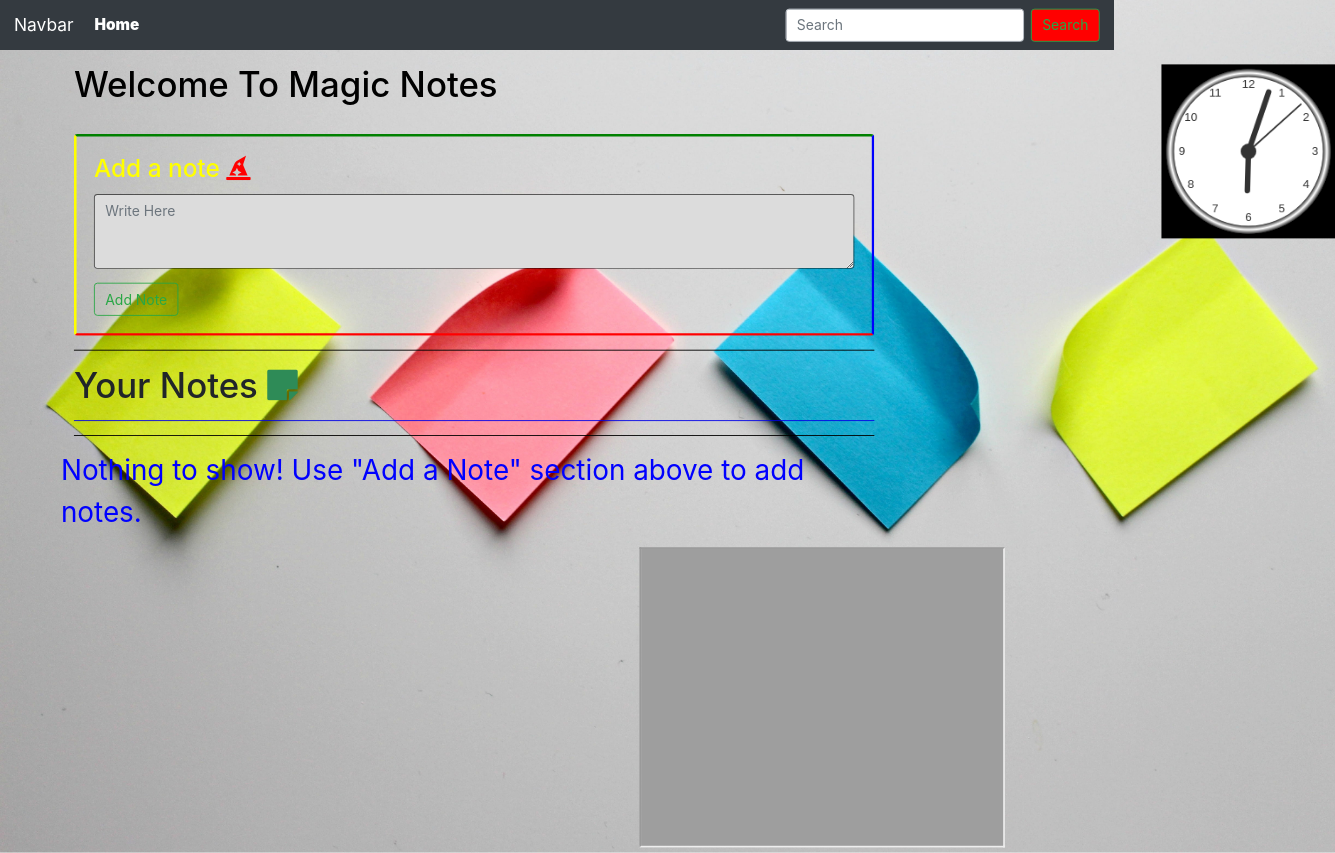
Repository: Prrajainn/Project-MagiCNotes
Page: magicNotes.html
The author's editor kept a copy of each file at every save. The page is drawn from the files as they stood at one save, then again after the next save.
The browser window is 1280 px wide. The page is 1535 px wide, so the pictures cover 1535 px, including what lies to the right of the window. The pictures show the whole page, at 87% of full size.
Pictures or frames that could not be fetched are drawn as grey boxes.

Above is the page before, as saved 2020-05-26 12:29:15.

### magicNotes.html
<!doctype html>
<html lang="en">

<head>

  <!-- Required meta tags -->
  <meta charset="utf-8">
  <meta name="viewport" content="width=device-width, initial-scale=1, shrink-to-fit=no">

  <!-- Bootstrap CSS -->
  <link rel="stylesheet" href="bootstrap/css/bootstrap.min.css">
  <link rel="stylesheet" href="fontawesome-free-5.13.0-web/css/all.css">
  <link rel="stylesheet" href="CSS/style.css">

  <title> MagiCNotes </title>
  <style>
    canvas {}

    body {
      background-image: url("notes.jpg");

      background-repeat: no-repeat;
      background-size: cover;

    }
  </style>
</head>

<body>

  <nav class="sticky-top navbar navbar-expand-lg navbar-dark bg-dark">
    <a class="navbar-brand" href="magicNotes.html">Navbar</a>
    <button class="navbar-toggler" type="button" data-toggle="collapse" data-target="#navbarSupportedContent"
      aria-controls="navbarSupportedContent" aria-expanded="false" aria-label="Toggle navigation">
      <span class="navbar-toggler-icon"></span>
    </button>

    <div class="collapse navbar-collapse" id="navbarSupportedContent">
      <ul class="navbar-nav mr-auto">
        <li class="nav-item active">
          <a class="nav-link" href="login.html">Home <span class="sr-only">(current)</span></a>
        </li>

      </ul>
      <form class="form-inline my-2 my-lg-0">
        <input class="form-control mr-sm-2" id="searchTxt" type="search" placeholder="Search" aria-label="Search">
        <button style="background-color: red;" class="btn btn-outline-success my-2 my-sm-0"
          type="submit">Search</button>
      </form>
    </div>
  </nav>
  <div class="container my-3">
    <div class="row">
      <div class="col-10">
        <h1 style="color: black">Welcome To Magic Notes</h1>
        <br>
        <div style="border: solid ; background-color: transparent ; border-color:green blue red yellow " class="card">
          <div class="card-body">
            <h3 style="color:yellow;" class="card-title">Add a note <i style="color: red ;"
                class="fas fa-hat-wizard"></i></h3>
            <div class="form-group">
              <!---- <textarea style=" border-color: black; " class="form-control" id="addTitle" rows="1"></textarea>-->
              <textarea placeholder="Write Here"
                style=" border-color: rgba(0, 0, 0, 0.589); background-color: gainsboro; " class="form-control"
                id="addTxt" rows="3"></textarea>
            </div>
            <button class="btn btn-outline-success" id="addBtn">Add Note </button>
          </div>
        </div>
        <hr color="black">
        <h1>Your Notes <i style="color: seagreen;" class="fas fa-sticky-note"></i></h1>
        <hr color="blue">
        <hr color="black">
        <div id="notes" class="row container-fluid"></div>
      </div>
      <div class="col-2">
        <canvas id="canvas" width="200" height="200" style="background-color: black; margin-left: 300px;"
    >
      </div>
    </div>
  </div>

    <div class="container" style="position: relative;">
      <div class="row">
        <div class="col-7">
        </div>
        <div>
          <iframe width="420" height="345" src="https://www.youtube.com/embed/tgbNymZ7vqY">
          </iframe>
        </div>
      </div>
    </div>



    <!-- Optional JavaScript -->
    <!-- jQuery first, then Popper.js, then Bootstrap JS -->
    <script src="bootstrap/js/jquery-3.4.1.slim.min.js"></script>
    <script src="bootstrap/js/popper.min.js"></script>
    <script src="bootstrap/js/bootstrap.min.js"></script>
    <script src="app.js"></script>
    <script src="clock.js"></script>
</body>

</html>

### CSS/style.css
#topheader{
    background-color : blue;
    border-bottom: px solid black;
}
#nocolo{
    color: black;
}
.container-fluid{
    padding-left: 0%;
    padding-right: 0%;
}
nav ul li a{

    font-size: 1.1rem;
    font-weight: 1000 ;
}
/*START OF FOOTER*/
.full-footer{
    background-color:#1e3799;
    width: 100%;
}
.top-footer p{
    color: white;
}
.top-footer a{
 font-weight: 600;
    color: whitesmoke;
}
.top-footer h3{
    color: white;
}
.bottom-footer{
    background-color:teal;
}
.bottom-footer p{
    color: white;
}
/* End of footer*/
.myimage{
    width: 50%;
}
.top-hero{
    background-color: salmon;
}
.sea{
  animation-fill-mode: both;
}

### app.js

console.log("Welcome to notes app. This is app.js");
// Pehle hi show notes islie kiya taaki hamesha pehle dikhaye refresh hone ke baad bhi page
showNotes();

// If user adds a note, add it to the localStorage
let addBtn = document.getElementById("addBtn");
addBtn.addEventListener("click", function(e) {

  let addTxt = document.getElementById("addTxt");
  let notes = localStorage.getItem("notes");
  if (notes == null) {
    notesObj = [];
  } else {
    notesObj = JSON.parse(notes);
  }
  notesObj.push(addTxt.value);
  localStorage.setItem("notes", JSON.stringify(notesObj));
  addTxt.value = "";
//   console.log(notesObj);
  showNotes();
});

// Function to show elements from localStorage
function showNotes() {
  let notes = localStorage.getItem("notes");
  if (notes == null) {
    notesObj = [];
  } else {
    notesObj = JSON.parse(notes);
  }
  let html = "";
  notesObj.forEach(function(element, index) { // element maane andar ka content
    html += `
            <div class="noteCard my-2 mx-2 card" style="width: 18rem;">
                    <div class="card-body">
                        <h5 class="card-title">Note ${index + 1}</h5>
                        <p class="card-text"> ${element}</p>
                        <button id="${index}"onclick="deleteNote(this.id)" class="btn btn-primary">Delete Note</button>
                    </div>
                </div>`;
  });
  let notesElm = document.getElementById("notes");
  if (notesObj.length != 0) {
    notesElm.innerHTML = html;
  } else {//notesElm.setAttribute('style','color: blue' );
  notesElm.setAttribute('style','font-size: 200% ; color: blue' );
    notesElm.innerHTML = `  Nothing to show! Use "Add a Note" section above to add notes.`;
  }
}

// Function to delete a note
function deleteNote(index) {
//   console.log("I am deleting", index);

  let notes = localStorage.getItem("notes");
  if (notes == null) {
    notesObj = [];
  } else {
    notesObj = JSON.parse(notes);
  }

  notesObj.splice(index, 1);
  localStorage.setItem("notes", JSON.stringify(notesObj)); // update kar rhe hein
  showNotes();// firse show kar rhe hein
}


let search = document.getElementById('searchTxt');
search.addEventListener("input", function(){

    let inputVal = search.value.toLowerCase();
    // console.log('Input event fired!', inputVal);
    let noteCards = document.getElementsByClassName('noteCard');
    Array.from(noteCards).forEach(function(element){
        let cardTxt = element.getElementsByTagName("p")[0].innerText;
        if(cardTxt.includes(inputVal)){
            element.style.display = "block";
        }
        else{
            element.style.display = "none";
        }
        // console.log(cardTxt);
    })
})

/*
Further Features:
1. Add Title
2. Mark a note as Important
3. Separate notes by user
4. Sync and host to web server
*/

### clock.js
var canvas = document.getElementById("canvas");
var ctx = canvas.getContext("2d");
var radius = canvas.height / 2;
ctx.translate(radius, radius);
radius = radius * 0.90
setInterval(drawClock, 1000);

function drawClock() {
  drawFace(ctx, radius);
  drawNumbers(ctx, radius);
  drawTime(ctx, radius);
}

function drawFace(ctx, radius) {
  var grad;
  ctx.beginPath();
  ctx.arc(0, 0, radius, 0, 2*Math.PI);
  ctx.fillStyle = 'white';
  ctx.fill();
  grad = ctx.createRadialGradient(0,0,radius*0.95, 0,0,radius*1.05);
  grad.addColorStop(0, '#333');
  grad.addColorStop(0.5, 'white');
  grad.addColorStop(1, '#333');
  ctx.strokeStyle = grad;
  ctx.lineWidth = radius*0.1;
  ctx.stroke();
  ctx.beginPath();
  ctx.arc(0, 0, radius*0.1, 0, 2*Math.PI);
  ctx.fillStyle = '#333';
  ctx.fill();
}

function drawNumbers(ctx, radius) {
  var ang;
  var num;
  ctx.font = radius*0.15 + "px arial";
  ctx.textBaseline="middle";
  ctx.textAlign="center";
  for(num = 1; num < 13; num++){
    ang = num * Math.PI / 6;
    ctx.rotate(ang);
    ctx.translate(0, -radius*0.85);
    ctx.rotate(-ang);
    ctx.fillText(num.toString(), 0, 0);
    ctx.rotate(ang);
    ctx.translate(0, radius*0.85);
    ctx.rotate(-ang);
  }
}

function drawTime(ctx, radius){
    var now = new Date();
    var hour = now.getHours();
    var minute = now.getMinutes();
    var second = now.getSeconds();
    //hour
    hour=hour%12;
    hour=(hour*Math.PI/6)+
    (minute*Math.PI/(6*60))+
    (second*Math.PI/(360*60));
    drawHand(ctx, hour, radius*0.5, radius*0.07);
    //minute
    minute=(minute*Math.PI/30)+(second*Math.PI/(30*60));
    drawHand(ctx, minute, radius*0.8, radius*0.07);
    // second
    second=(second*Math.PI/30);
    drawHand(ctx, second, radius*0.9, radius*0.02);
}

function drawHand(ctx, pos, length, width) {
    ctx.beginPath();
    ctx.lineWidth = width;
    ctx.lineCap = "round";
    ctx.moveTo(0,0);
    ctx.rotate(pos);
    ctx.lineTo(0, -length);
    ctx.stroke();
    ctx.rotate(-pos);
}

Loaded but not shown: bootstrap/css/bootstrap.min.css (library); fontawesome-free-5.13.0-web/css/all.css (library); bootstrap/js/jquery-3.4.1.slim.min.js (library); bootstrap/js/popper.min.js (library); bootstrap/js/bootstrap.min.js (library)

After the next save:
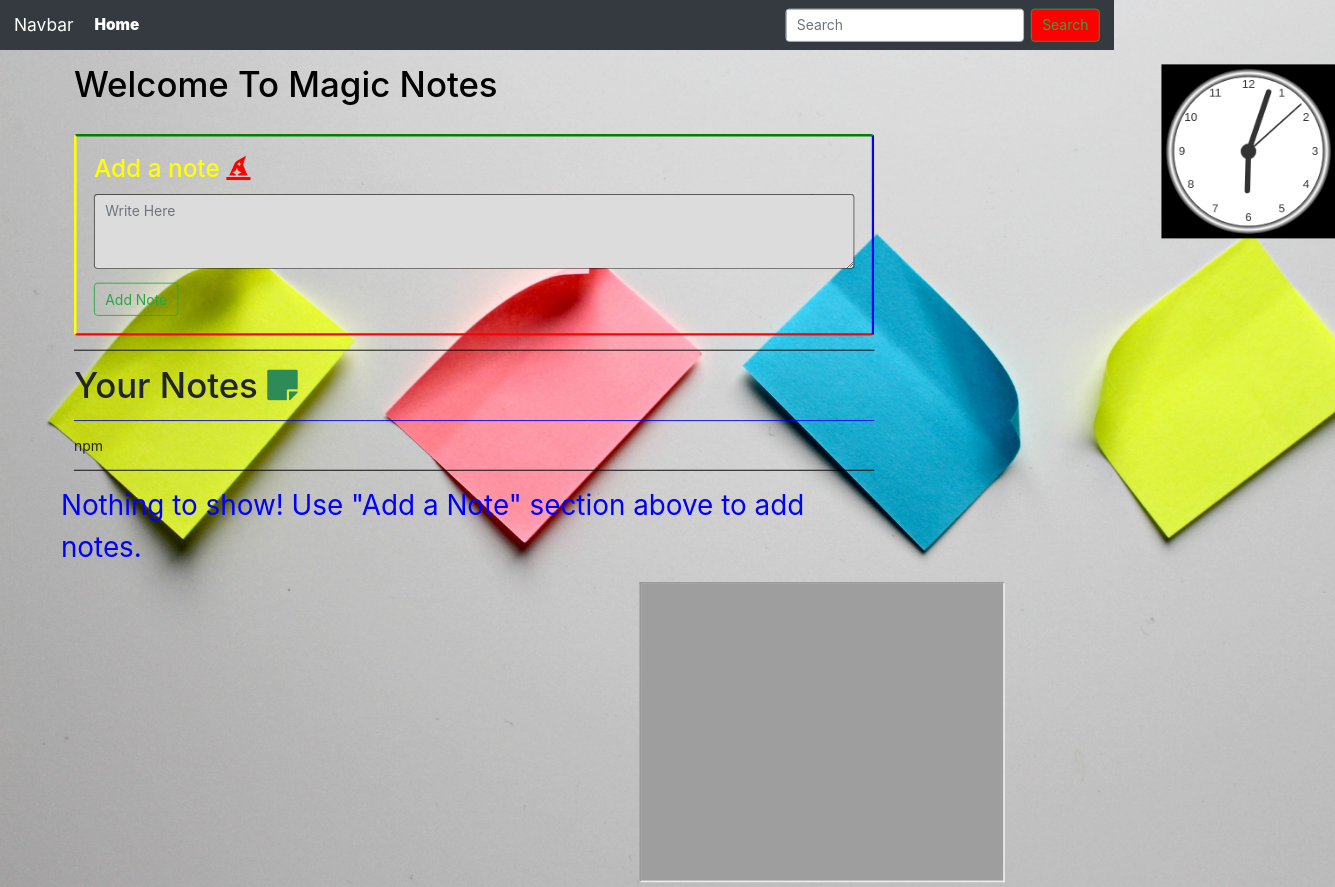
Saved 48 days later.
--- a/magicNotes.html
+++ b/magicNotes.html
@@ -69,7 +69,7 @@
         </div>
         <hr color="black">
         <h1>Your Notes <i style="color: seagreen;" class="fas fa-sticky-note"></i></h1>
-        <hr color="blue">
+        <hr color="blue">npm
         <hr color="black">
         <div id="notes" class="row container-fluid"></div>
       </div>
